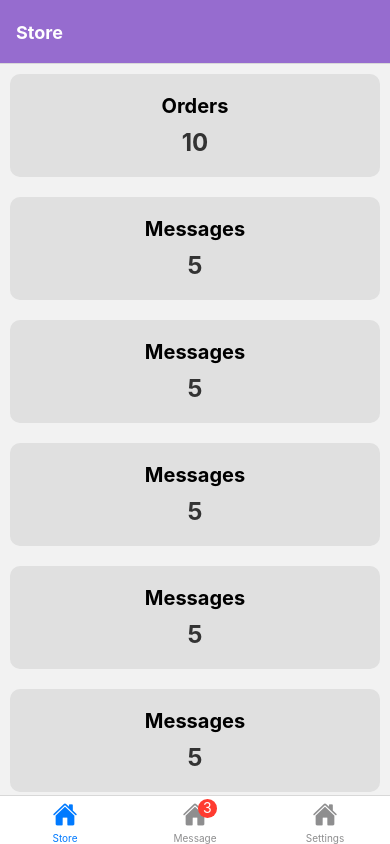
Repository: Waikato153/AwesomeProject
Screen: /
The author's editor kept a copy of each file at every save. The screen is drawn from the files as they stood at one save, then again after the next save.
The app was drawn by React Native's web renderer in a window 390 px wide. The project was rebuilt for these pictures with package versions that can differ from the ones it lists, and the page was loaded fresh each time.

Above is the screen before, as saved 2024-02-29 11:46:08.

### App.js
import * as React from 'react';
import { Text, View, StyleSheet} from 'react-native';
import { NavigationContainer } from '@react-navigation/native';
import { createBottomTabNavigator } from '@react-navigation/bottom-tabs';
import { Ionicons } from '@expo/vector-icons';

import HomeScreen from './screens/HomeScreen';

function SettingsScreen() {
  return (
    <View style={{ flex: 1, justifyContent: 'center', alignItems: 'center' }}>
      <Text>Settings!</Text>
    </View>
  );
}


const styles = StyleSheet.create({
  container: {
    flex: 1,
    justifyContent: 'center',
    backgroundColor: 'white',
    alignItems: 'center',
    padding: 8,
  },
  paragraph: {
    margin: 24,
    fontSize: 18,
    fontWeight: 'bold',
    textAlign: 'center',
  },
});

const Tab = createBottomTabNavigator();

function MyTabs() {
  return (

    <Tab.Navigator
      screenOptions={{
        tabBarIcon: ({ color, size }) => (
          <Ionicons name="home" color={color} size={size} />
        ),
        headerStyle: {
          backgroundColor: '#966ccf',
        },
        headerTintColor: '#fff',
        headerTitleStyle: {
          fontWeight: 'bold',
        },
      }}
    >
      <Tab.Screen
        name="Store"
        component={HomeScreen}

      />
      <Tab.Screen
        name="Message"
        component={SettingsScreen}
        options={{
          tabBarBadge: 3
        }}
      />
      <Tab.Screen
        name="Settings"
        component={SettingsScreen}
      />
    </Tab.Navigator>
  );
}

export default function App() {
  return (
    <NavigationContainer>
      <MyTabs />
    </NavigationContainer>
  );
}

### screens/HomeScreen.js
import React from 'react';
import { View, Text, StyleSheet, ScrollView } from 'react-native';

const HomeScreen = () => {
  return (
    <View  >
      <View style={styles.block}>
        <Text style={styles.title}>Orders</Text>
        <Text style={styles.count}>10</Text>
      </View>
      <View style={styles.block}>
        <Text style={styles.title}>Messages</Text>
        <Text style={styles.count}>5</Text>
      </View>
      <View style={styles.block}>
        <Text style={styles.title}>Messages</Text>
        <Text style={styles.count}>5</Text>
      </View>
      <View style={styles.block}>
        <Text style={styles.title}>Messages</Text>
        <Text style={styles.count}>5</Text>
      </View>
      <View style={styles.block}>
        <Text style={styles.title}>Messages</Text>
        <Text style={styles.count}>5</Text>
      </View>
      <View style={styles.block}>
        <Text style={styles.title}>Messages</Text>
        <Text style={styles.count}>5</Text>
      </View>
    </View>
  );
};

const styles = StyleSheet.create({
  container: {
    padding: 20,

    flex:1,
  },
  block: {
    flex:1,
    justifyContent: 'center',
    alignItems: 'center',
    backgroundColor: '#e0e0e0',
    borderRadius: 10,
    padding: 20,
    margin: 10,
  },
  title: {
    fontSize: 20,
    fontWeight: 'bold',
    marginBottom: 10,
  },
  count: {
    fontSize: 24,
    fontWeight: 'bold',
    color: '#333333',
  },
});

export default HomeScreen;

After the next save:
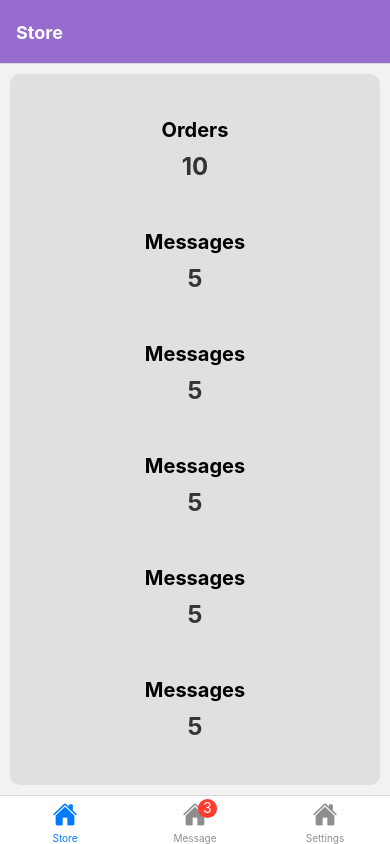
Saved 11 s later.
--- a/screens/HomeScreen.js
+++ b/screens/HomeScreen.js
@@ -3,7 +3,7 @@ import { View, Text, StyleSheet, ScrollView } from 'react-native';
 
 const HomeScreen = () => {
   return (
-    <View  >
+    <View  style={styles.block}>
       <View style={styles.block}>
         <Text style={styles.title}>Orders</Text>
         <Text style={styles.count}>10</Text>
